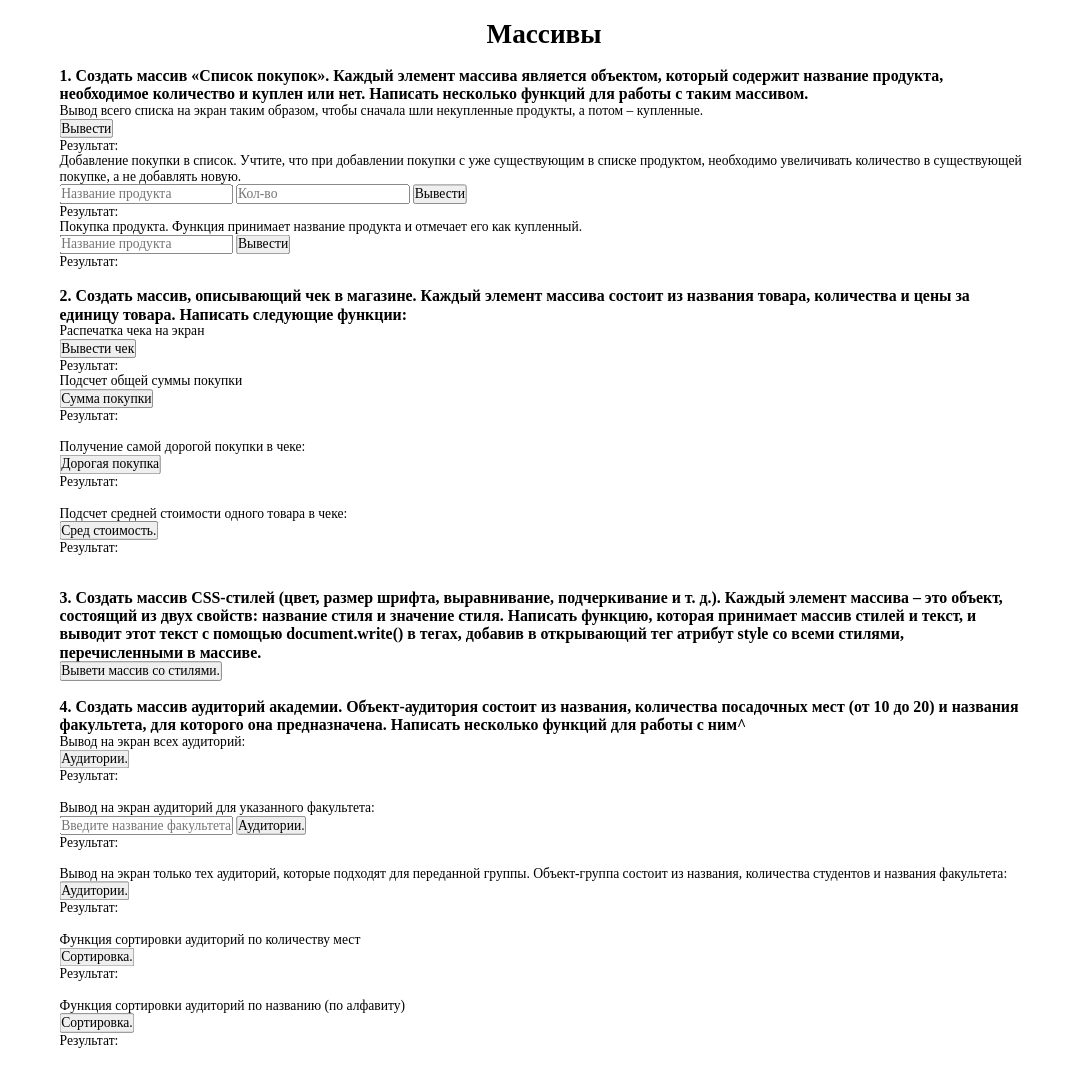
Repository: NastyaGavrilova/Beetroot-js
Page: HW5/index.html
These files come from the project's save history. The page is drawn as it stood at one moment and after the next save; the edit follows.
The browser window is 1280 px wide. The pictures show the whole page, at 85% of full size.

Above is the page before, as saved 2021-10-23 14:46:32.

### HW5/index.html
<!DOCTYPE html>
<html lang="en">
  <head>
    <meta charset="UTF-8" />
    <meta http-equiv="X-UA-Compatible" content="IE=edge" />
    <meta name="viewport" content="width=device-width, initial-scale=1.0" />
    <link
      rel="stylesheet"
      href="https://cdnjs.cloudflare.com/ajax/libs/normalize/8.0.1/normalize.min.css"
      integrity="sha512-NhSC1YmyruXifcj/KFRWoC561YpHpc5Jtzgvbuzx5VozKpWvQ+4nXhPdFgmx8xqexRcpAglTj9sIBWINXa8x5w=="
      crossorigin="anonymous"
      referrerpolicy="no-referrer"
    />
    <link rel="stylesheet" href="./index.css" />
    <title>Arrays</title>
  </head>
  <body>
    <h1>Массивы</h1>
    <section class="c-task1">
      <div class="c-task1__wrapper">
        <h3 class="title">
          1. Создать массив «Список покупок». Каждый элемент массива является
          объектом, который содержит название продукта, необходимое количество и
          куплен или нет. Написать несколько функций для работы с таким
          массивом.
        </h3>
        <p class="paragraph">
          Вывод всего списка на экран таким образом, чтобы сначала шли
          некупленные продукты, а потом – купленные.
        </p>
        <button id="js-task1-btn1">Вывести</button>
        <p class="paragraph">Результат: <span id="js-task1-span1"></span></p>
        <p class="paragraph">
          Добавление покупки в список. Учтите, что при добавлении покупки с уже
          существующим в списке продуктом, необходимо увеличивать количество в
          существующей покупке, а не добавлять новую.
        </p>
        <form action="#" method="get">
          <input
            type="text"
            id="js-task1-input1"
            placeholder="Название продукта"
          />
          <input type="number" id="js-task1-input2" placeholder="Кол-во" />
          <button id="js-task1-btn2">Вывести</button>
        </form>
        <p class="paragraph">Результат: <span id="js-task1-span2"></span></p>
        <p class="paragraph">
          Покупка продукта. Функция принимает название продукта и отмечает его
          как купленный.
        </p>
        <form action="#" method="get">
          <input
            type="text"
            id="js-task1-input4"
            placeholder="Название продукта"
          />
          <button id="js-task1-btn3">Вывести</button>
        </form>
        <p class="paragraph">Результат: <span id="js-task1-span3"></span></p>
      </div>
    </section>
    <section class="c-task2">
      <div class="c-task2__wrapper">
        <h3 class="title">
          2. Создать массив, описывающий чек в магазине. Каждый элемент массива
          состоит из названия товара, количества и цены за единицу товара.
          Написать следующие функции:
        </h3>
        <p>Распечатка чека на экран</p>
        <button id="js-task2-btn1">Вывести чек</button>
        <p>
          Результат: <br />
          <span id="js-task2-span1"></span>
        </p>

        <p>Подсчет общей суммы покупки</p>
        <button id="js-task2-btn2">Сумма покупки</button>
        <p>
          Результат: <br />
          <span id="js-task2-span2"></span><br />
        </p>
        <p>Получение самой дорогой покупки в чеке:</p>
        <button id="js-task2-btn3">Дорогая покупка</button>
        <p>
          Результат: <br />
          <span id="js-task2-span3"></span><br />
        </p>
        <p>Подсчет средней стоимости одного товара в чеке:</p>
        <button id="js-task2-btn4">Сред стоимость.</button>
        <p>
          Результат: <br />
          <span id="js-task2-span4"></span><br />
        </p>
      </div>
    </section>
    <section class="c-task3">
      <div class="c-task3__wrapper">
        <h3 class="title">
          3. Создать массив CSS-стилей (цвет, размер шрифта, выравнивание,
          подчеркивание и т. д.). Каждый элемент массива – это объект, состоящий
          из двух свойств: название стиля и значение стиля. Написать функцию,
          которая принимает массив стилей и текст, и выводит этот текст с
          помощью document.write() в тегах, добавив в открывающий тег атрибут
          style со всеми стилями, перечисленными в массиве.
        </h3>
        <button id="js-task3-btn">Вывети массив со стилями.</button>
      </div>
    </section>
    <section class="c-task4">
      <div class="c-task4__wrapper">
        <h3 class="title">
          4. Создать массив аудиторий академии. Объект-аудитория состоит из
          названия, количества посадочных мест (от 10 до 20) и названия
          факультета, для которого она предназначена. Написать несколько функций
          для работы с ним^
        </h3>
        <p>Вывод на экран всех аудиторий:</p>
        <button id="js-task4-btn1">Аудитории.</button>
        <p>
          Результат: <br />
          <span id="js-task4-span1"></span><br />
        </p>
        <p>Вывод на экран аудиторий для указанного факультета:</p>
        <form action="#" method="get">
          <input
            type="text"
            id="js-task4-input1"
            placeholder="Введите название факультета"
          />
          <button id="js-task4-btn2">Аудитории.</button>
        </form>
        <p>
          Результат: <br />
          <span id="js-task4-span2"></span><br />
        </p>

        <p>
          Вывод на экран только тех аудиторий, которые подходят для переданной
          группы. Объект-группа состоит из названия, количества студентов и
          названия факультета:
        </p>
        <button id="js-task4-btn3">Аудитории.</button>
        <p>
          Результат: <br />
          <span id="js-task4-span3"></span><br />
        </p>
        <p>Функция сортировки аудиторий по количеству мест</p>
        <button id="js-task4-btn4">Сортировка.</button>
        <p>
          Результат: <br />
          <span id="js-task4-span4"></span><br />
        </p>
        <p>Функция сортировки аудиторий по названию (по алфавиту)</p>
        <button id="js-task4-btn5">Сортировка.</button>
        <p>
          Результат: <br />
          <span id="js-task4-span5"></span><br />
        </p>
      </div>
    </section>
    <script src="index.js"></script>
  </body>
</html>

### HW5/index.css
* {
  box-sizing: border-box;
  padding: 0;
  margin: 0;
}
body {
  max-width: 1200px;
  margin: 0 auto;
}
h1 {
  text-align: center;
  margin-bottom: 20px;
}

section {
  padding: 0 30px 20px 30px;
}

### HW5/index.js
// task 1

class Product {
  constructor(params = {}) {
    Object.assign(
      this,
      {
        nameOfProduct: null,
        amount: 1,
        bought: false,
      },
      { ...params }
    );
  }
  // словие сортировки для метода sort
  static sortDefault(a, b) {
    return (
      (a.bought - b.bought) * 10 +
      a.nameOfProduct.localeCompare(b.nameOfProduct)
    );
  }
  // метод для вывода списка
  static showProduct(a) {
    return ` ${a.nameOfProduct} (x${a.amount}) ${
      a.bought ? "куплено" : "не куплено"
    }`;
  }
}
// масив обьектов продуктов
let shopList = [
  { nameOfProduct: "Банан", amount: 2 },
  { nameOfProduct: "Апельсин", amount: 5, bought: true },
  { nameOfProduct: "Молоко", bought: true },
  { nameOfProduct: "Груша", amount: 10 },
].map((prodDef) => new Product(prodDef));

// добавление покупки
let addToShopList = (prodDef) => {
  // при добавлении покупки с уже существующим в списке продуктом, необходимо увеличивать количество в существующей покупке, а не добавлять новую
  let prod = shopList.find(
    (prod) => prod.nameOfProduct === prodDef.nameOfProduct
  );
  if (!prod) return shopList.push(new Product(prodDef));
  prod.amount += prodDef.amount;
};
// функция куаленного продукта
let boughtProduct = (product) => {
  // при вводе существующего продукта его статус меняеться на "куплено"
  let prod = shopList.find(
    (prod) => prod.nameOfProduct === product.nameOfProduct
  );
  if (!prod.bought) return (prod.bought += true);
};
// кнопка для функции сортировки и вівода
let btn1 = document.getElementById("js-task1-btn1");
btn1.addEventListener("click", (e) => {
  e.preventDefault();
  let showSortByBought = document.getElementById("js-task1-span1");
  shopList.sort(Product.sortDefault);
  return (showSortByBought.innerHTML = shopList.map(Product.showProduct));
});
// кнопка для добавления сортировки и вівода
let btn1_2 = document.getElementById("js-task1-btn2");
btn1_2.addEventListener("click", (e) => {
  e.preventDefault();
  let showAddProduct = document.getElementById("js-task1-span2");
  let nameProd = document.getElementById("js-task1-input1");
  let amountProd = document.getElementById("js-task1-input2");
  addToShopList({
    _nameOfProduct: nameProd.value,
    get nameOfProduct() {
      return this._nameOfProduct;
    },
    set nameOfProduct(value) {
      this._nameOfProduct = value;
    },
    amount: +amountProd.value,
  });
  shopList.sort(Product.sortDefault);
  return (showAddProduct.innerHTML = shopList.map(Product.showProduct));
});
// кнопка для изменения статуса продукта, сортировки и вівода
let btn1_3 = document.getElementById("js-task1-btn3");
btn1_3.addEventListener("click", (e) => {
  let showBoughtPoduct = document.getElementById("js-task1-span3");
  let nameProduct = document.getElementById("js-task1-input4");
  boughtProduct({ nameOfProduct: nameProduct.value });
  shopList.sort(Product.sortDefault);
  return (showBoughtPoduct.innerHTML = shopList.map(Product.showProduct));
});

// task 2

class ShopCheck {
  constructor(params = {}) {
    Object.assign(
      this,
      {
        nameShopProduct: null,
        price: 1,
        amount: 1,
      },
      { ...params }
    );
  }
  // сортировка сначала дорогие продуты
  static sortExpensive(a, b) {
    if (a.amount * a.price < b.amount * b.price) {
      return 1;
    }
    if (a.amount * a.price > b.amount * b.price) {
      return -1;
    }
    return 0;
  }
}
let shopCheck = [
  {
    nameOfProduct: "Зубная паста",
    price: 30,
  },
  {
    nameOfProduct: "Бананы",
    price: 10,
    amount: 20,
  },
  {
    nameOfProduct: "Губки (упаковка)",
    price: 30,
    amount: 4,
  },
  {
    nameOfProduct: "Капуста",
    price: 90,
    amount: 2,
  },
  {
    nameOfProduct: "Кастрюля",
    price: 150,
    amount: 1,
  },
].map((prodDef) => new ShopCheck(prodDef));

// переобразование метода toString()
ShopCheck.prototype.toString = function checkToString() {
  return `${this.nameOfProduct} (x${this.amount}), цена ${this.price}грн за 1 ед.`;
};
// функция вывода массива обьектов
let showCheckList = (spanEl) => {
  let str = " ";
  for (let i = 0; i < shopCheck.length; i++) {
    if (shopCheck[i] !== undefined)
      str += i + " - " + shopCheck[i].toString() + "<br>";
  }
  return (spanEl.innerHTML = str);
};
// функция подсчета общей суммы покупок
let sumCheck = (arr) => {
  let result = 0;
  const initialValue = 0;
  result = arr.reduce(function (accumulator, currentValue) {
    return accumulator + currentValue.price * currentValue.amount;
  }, initialValue);
  return result;
};

// функция подсчета средней стоимости товара в чеке
let mediumPriceInChek = (arr) => {
  let result = 0;
  result = sumCheck(arr) / arr.length;
  return result;
};

let btn2 = document.getElementById("js-task2-btn1");
btn2.addEventListener("click", (e) => {
  e.preventDefault();
  let outputShopCheck = document.getElementById("js-task2-span1");
  showCheckList(outputShopCheck);
});

let btn2_1 = document.getElementById("js-task2-btn2");
btn2_1.addEventListener("click", (e) => {
  e.preventDefault();
  let outputSumCheck = document.getElementById("js-task2-span2");
  outputSumCheck.innerHTML = sumCheck(shopCheck) + " грн";
});

let btn2_3 = document.getElementById("js-task2-btn3");
btn2_3.addEventListener("click", (e) => {
  e.preventDefault();
  let outputExpensiveProd = document.getElementById("js-task2-span3");
  shopCheck.sort(ShopCheck.sortExpensive);
  outputExpensiveProd.innerHTML = shopCheck[0].toString();
});

let btn2_4 = document.getElementById("js-task2-btn4");
btn2_4.addEventListener("click", (e) => {
  e.preventDefault();
  let outputAvgPrice = document.getElementById("js-task2-span4");
  outputAvgPrice.innerHTML = mediumPriceInChek(shopCheck) + " грн";
});

// task3

let styles = [
  {
    color: "palevioletred",
    "font-weight": "bold",
    padding: "10px",
    border: "4px double #E800FD",
    text: "Lorem ipsum dolor sit amet consectetur adipisicing elit. Sed, dolorem. Nam, dignissimos alias laborum, minima doloremque repudiandae nostrum est ea ipsa atque similique voluptate voluptates blanditiis vero! Molestiae, similique iusto.",
  },
  {
    color: "blue",
    "font-weight": "bold",
    padding: "10px",
    border: "4px solid #1E2A9F",
    text: "Lorem ipsum dolor sit amet consectetur adipisicing elit. Sed, dolorem. Nam, dignissimos alias laborum, minima doloremque repudiandae nostrum est ea ipsa atque similique voluptate voluptates blanditiis vero! Molestiae, similique iusto.",
  },
];

function newContentStyles() {
  styles.forEach((item) => {
    document.write(
      `<p style = "color: ${item.color}; font-weight: ${item["font-weight"]}; padding: ${item["padding"]}; border: ${item.border}">${item.text}</p> `
    );
  });
}
let btn3 = document.getElementById("js-task3-btn");
btn3.addEventListener("click", (e) => {
  e.preventDefault();
  newContentStyles();
});

// task 4

class Audiences {
  constructor(params = {}) {
    Object.assign(
      this,
      {
        name: null,
        seats: 1,
        faculty: null,
      },
      { ...params }
    );
  }

  static sortBySeats(a, b) {
    if (a.seats < b.seats) {
      return 1;
    }
    if (a.seats > b.seats) {
      return -1;
    }
    return 0;
  }
}
Audiences.prototype.toString = function checkToString() {
  return `${this.name} (x${this.seats}), Факультет ${this.faculty} `;
};

let audincesList = [
  {
    name: "Первая",
    seats: 230,
    faculty: "Компьютерных технологий",
  },
  {
    name: "Вторая",
    seats: 135,
    faculty: "Филологии",
  },
  {
    name: "Третья",
    seats: 97,
    faculty: "Экономики",
  },
  {
    name: "Четвертая",
    seats: 188,
    faculty: "Компьютерных технологий",
  },
  {
    name: "Пятая",
    seats: 104,
    faculty: "Архитектуры",
  },
].map((prodDef) => new Audiences(prodDef));

let showAudiences = (arr, spanEl) => {
  let str = " ";
  for (let i = 0; i < arr.length; i++) {
    if (arr[i] !== undefined) str += i + " - " + arr[i].toString() + "<br>";
  }
  return (spanEl.innerHTML = str);
};

let showAudiencesByFaculty = (arr, faculty, spanEl) => {
  let str = " ";
  for (let i = 0; i < arr.length; i++) {
    if (arr[i].faculty === faculty) {
      str += i + " - " + arr[i].toString() + "<br>";
    }
  }
  return (spanEl.innerHTML = str);
};

let group = {
  name: "Инженерия программного обеспечения",
  students: 60,
  faculty: "Компьютерных технологий",
};

let findAudiencesForGroup = (arr, obj, spanEl) => {
  for (let i = 0; i < arr.length; i++) {
    if (arr[i].seats === obj.students || arr[i].seats > group.students) {
      return (spanEl.innerHTML = ` ${arr[i].name} подходит для группы ${group.name} !`);
    }
  }
};

let btn4 = document.getElementById("js-task4-btn1");
btn4.addEventListener("click", (e) => {
  e.preventDefault();
  let audiencesShow = document.getElementById("js-task4-span1");
  showAudiences(audincesList, audiencesShow);
});

let btn4_1 = document.getElementById("js-task4-btn2");
btn4_1.addEventListener("click", (e) => {
  e.preventDefault();
  let audienceShow1 = document.getElementById("js-task4-span2");
  let facultyName = document.getElementById("js-task4-input1");
  showAudiencesByFaculty(audincesList, facultyName.value, audienceShow1);
});

let btn4_2 = document.getElementById("js-task4-btn3");
btn4_2.addEventListener("click", (e) => {
  e.preventDefault();
  let audiencesShow2 = document.getElementById("js-task4-span3");
  findAudiencesForGroup(audincesList, group, audiencesShow2);
});

let btn4_3 = document.getElementById("js-task4-btn4");
btn4_3.addEventListener("click", (e) => {
  e.preventDefault();
  let sortAudiencesBySeats = document.getElementById("js-task4-span4");
  audincesList.sort(Audiences.sortBySeats);
  showAudiences(audincesList, sortAudiencesBySeats);
});

let btn4_4 = document.getElementById("js-task4-btn5");
btn4_4.addEventListener("click", (e) => {
  e.preventDefault();
  let sortByAlphabit = document.getElementById("js-task4-span5");
  audincesList.sort();
  showAudiences(audincesList, sortByAlphabit);
});

After the next save:
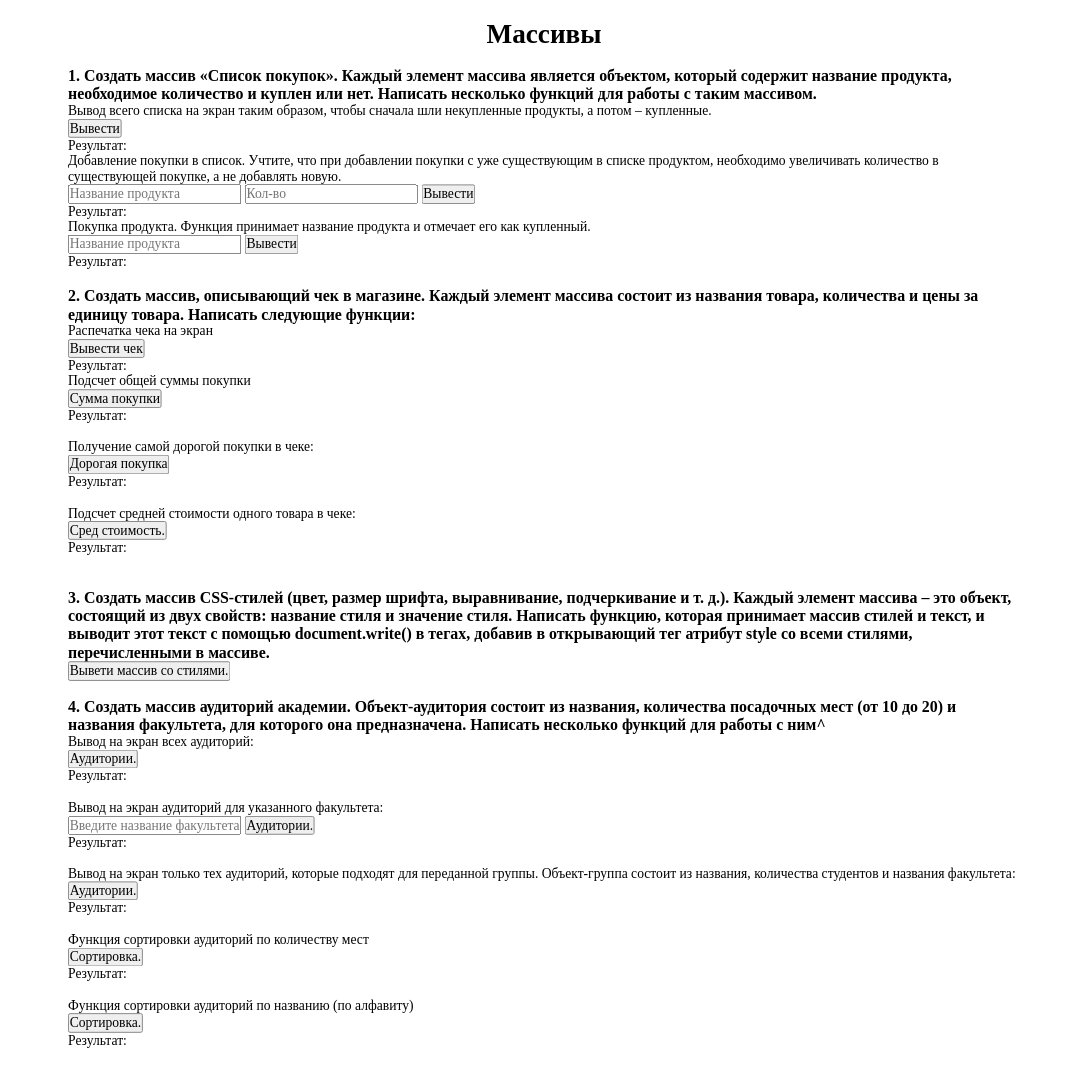
Saved 9 s later.
--- a/HW5/index.css
+++ b/HW5/index.css
@@ -13,5 +13,5 @@ h1 {
 }
 
 section {
-  padding: 0 30px 20px 30px;
+  padding: 0 40px 20px 40px;
 }
